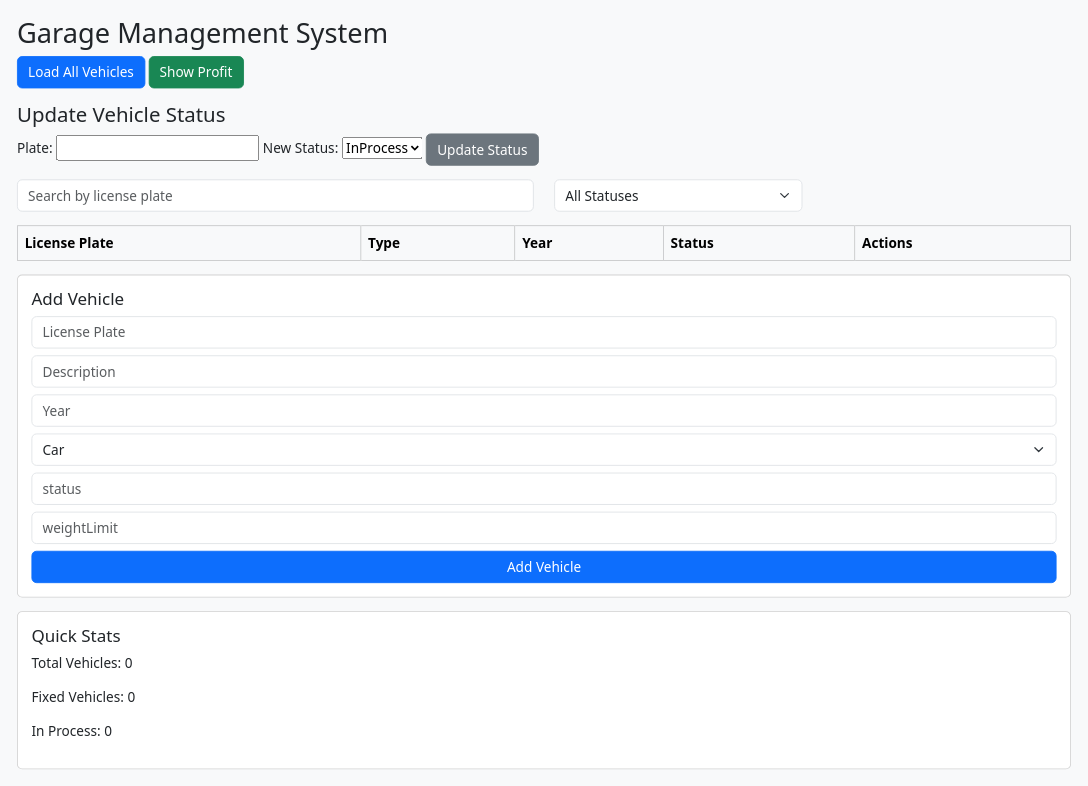
Repository: pravinpkadam444/garage-app
Page: garage-app/src/main/resources/static/index.html
An editor plug-in stored every save of this project. The page is shown before and after the next save, followed by the edit.
The browser window is 1280 px wide. The pictures show the whole page, at 85% of full size.
The page's requests for data from a server got no answer.

Above is the page before, as saved 2025-12-07 12:00:40.

After the next save:
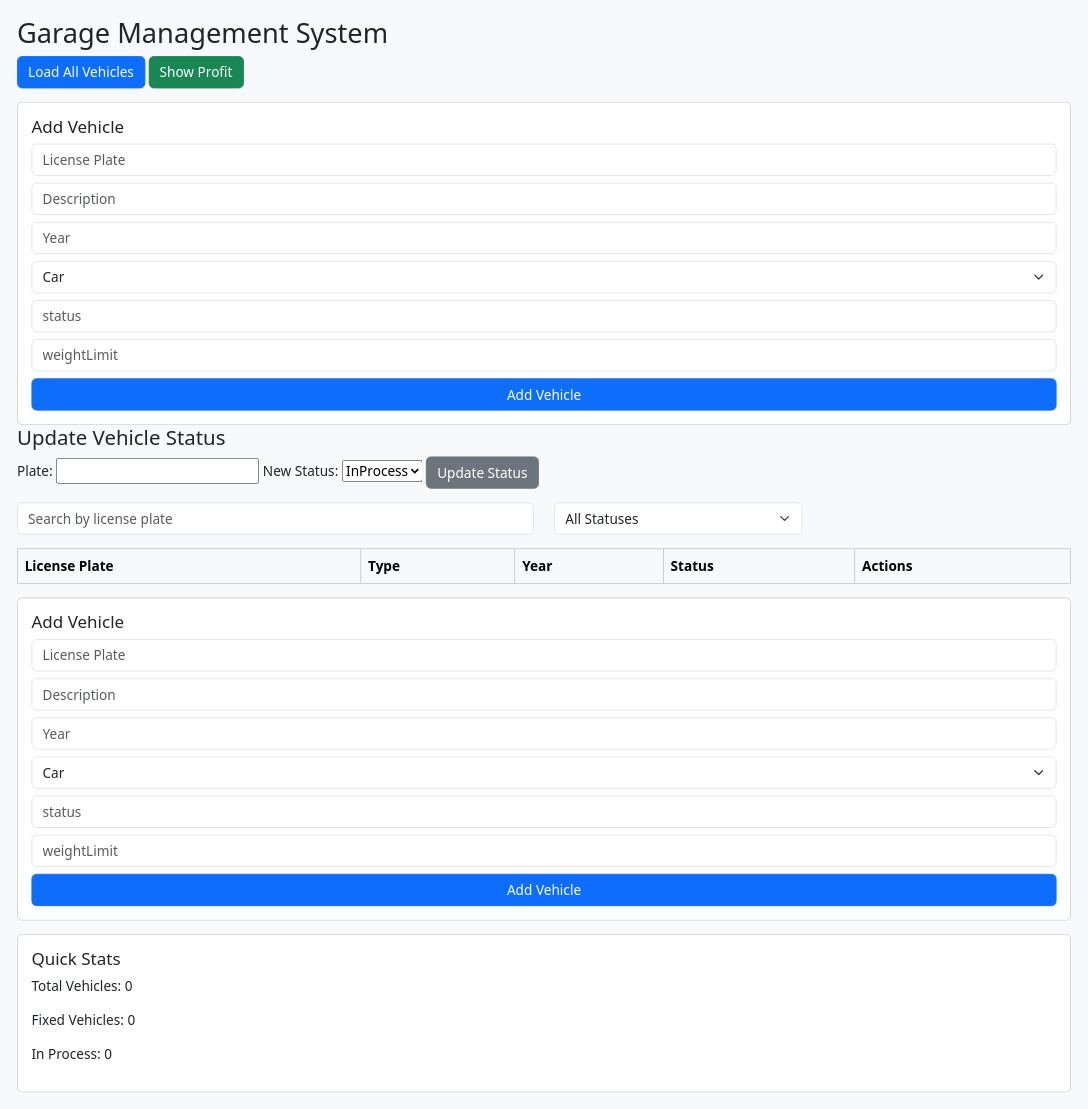
Saved 75 s later.
--- a/garage-app/src/main/resources/static/index.html
+++ b/garage-app/src/main/resources/static/index.html
@@ -18,6 +18,24 @@
     <button class="btn btn-primary" onclick="loadVehicles()">Load All Vehicles</button>
     <button class="btn btn-success" onclick="showProfit()">Show Profit</button>
 </div>
+<!-- Add Vehicle Form -->
+<div class="card mt-3 p-3">
+    <h5>Add Vehicle</h5>
+    <input id="addPlate" class="form-control mb-2" placeholder="License Plate">
+    <input id="addDesc" class="form-control mb-2" placeholder="Description">
+    <input id="addYear" type="number" class="form-control mb-2" placeholder="Year">
+    <select id="addType" class="form-select mb-2">
+        <option value="Car">Car</option>
+        <option value="Motorcycle">Motorcycle</option>
+        <option value="Truck">Truck</option>
+    </select>
+    <input id="addStatus" class="form-control mb-2" placeholder="status">
+    <input id="addWeightLimit" class="form-control mb-2" placeholder="weightLimit">
+
+    <button class="btn btn-primary" onclick="addVehicle()">Add Vehicle</button>
+</div>
+
+
 <!-- Update Status -->
 	<div class="box">
 	    <h4>Update Vehicle Status</h4>
